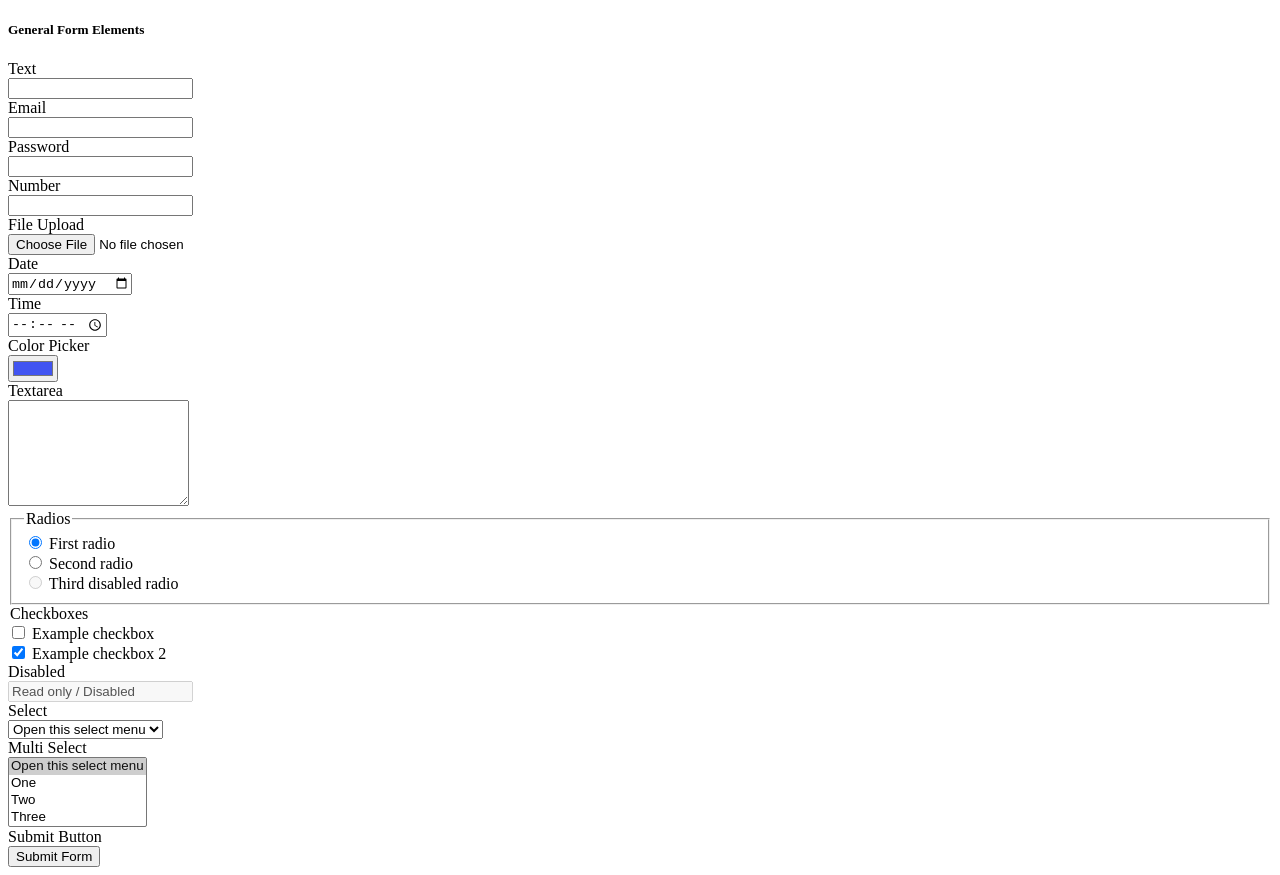
Repository: antsamadagascar/HR-Recruitment
Page: http://localhost/semestre5/application/views/home/user_dashboard_view.php
The author's editor kept a copy of each file at every save. The page is drawn from the files as they stood at one save, then again after the next save.
The browser window is 1280 px wide. The pictures show the whole page.
The page is run by PHP 8.4 with error messages shown; the project is at /var/www/html/. application/core/MY_Config.php is not in the repository; a stand-in opens the database connection.

Above is the page before, as saved 2024-11-13 16:22:13.
Console error: SyntaxError: Unexpected token '<'

After the next save:
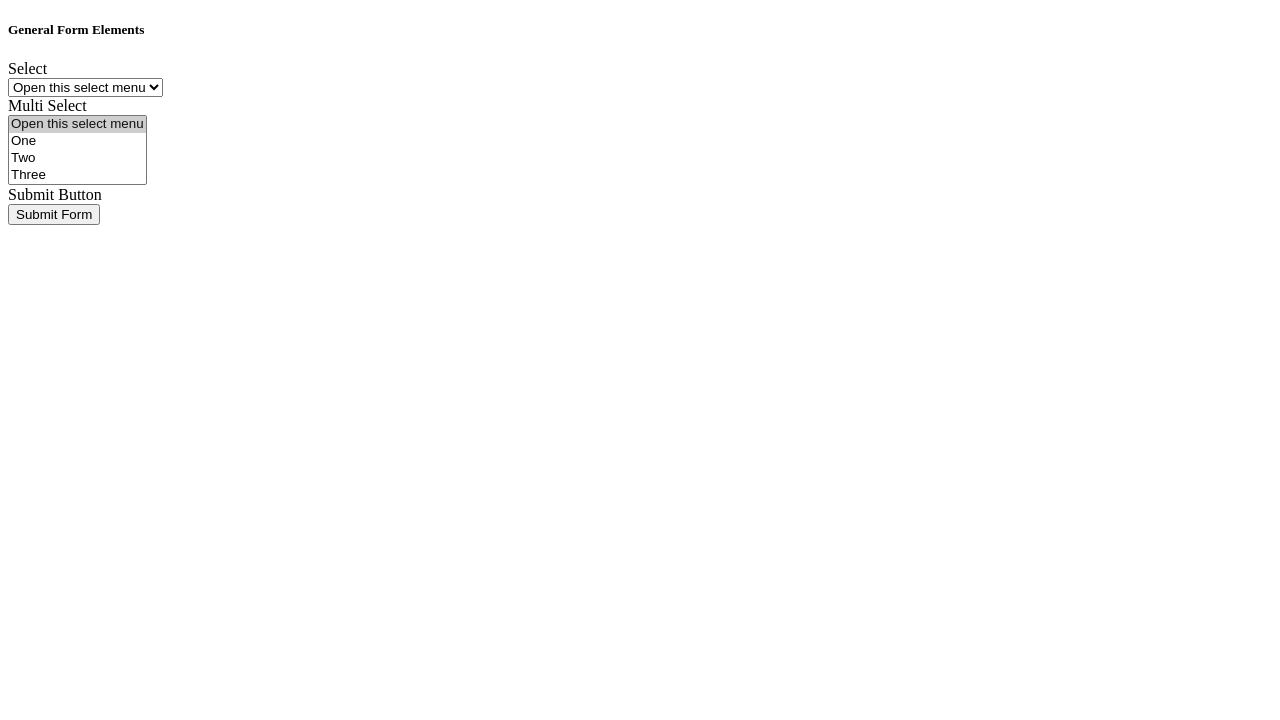
Saved 84 s later.
--- a/application/views/home/user_dashboard_view.php
+++ b/application/views/home/user_dashboard_view.php
@@ -47,111 +47,7 @@
 
             <!-- General Form Elements -->
             <form>
-            <div class="row mb-3">
-                <label for="inputText" class="col-sm-2 col-form-label">Text</label>
-                <div class="col-sm-10">
-                <input type="text" class="form-control">
-                </div>
-            </div>
-            <div class="row mb-3">
-                <label for="inputEmail" class="col-sm-2 col-form-label">Email</label>
-                <div class="col-sm-10">
-                <input type="email" class="form-control">
-                </div>
-            </div>
-            <div class="row mb-3">
-                <label for="inputPassword" class="col-sm-2 col-form-label">Password</label>
-                <div class="col-sm-10">
-                <input type="password" class="form-control">
-                </div>
-            </div>
-            <div class="row mb-3">
-                <label for="inputNumber" class="col-sm-2 col-form-label">Number</label>
-                <div class="col-sm-10">
-                <input type="number" class="form-control">
-                </div>
-            </div>
-            <div class="row mb-3">
-                <label for="inputNumber" class="col-sm-2 col-form-label">File Upload</label>
-                <div class="col-sm-10">
-                <input class="form-control" type="file" id="formFile">
-                </div>
-            </div>
-            <div class="row mb-3">
-                <label for="inputDate" class="col-sm-2 col-form-label">Date</label>
-                <div class="col-sm-10">
-                <input type="date" class="form-control">
-                </div>
-            </div>
-            <div class="row mb-3">
-                <label for="inputTime" class="col-sm-2 col-form-label">Time</label>
-                <div class="col-sm-10">
-                <input type="time" class="form-control">
-                </div>
-            </div>
 
-            <div class="row mb-3">
-                <label for="inputColor" class="col-sm-2 col-form-label">Color Picker</label>
-                <div class="col-sm-10">
-                <input type="color" class="form-control form-control-color" id="exampleColorInput" value="#4154f1" title="Choose your color">
-                </div>
-            </div>
-            <div class="row mb-3">
-                <label for="inputPassword" class="col-sm-2 col-form-label">Textarea</label>
-                <div class="col-sm-10">
-                <textarea class="form-control" style="height: 100px"></textarea>
-                </div>
-            </div>
-            <fieldset class="row mb-3">
-                <legend class="col-form-label col-sm-2 pt-0">Radios</legend>
-                <div class="col-sm-10">
-                <div class="form-check">
-                    <input class="form-check-input" type="radio" name="gridRadios" id="gridRadios1" value="option1" checked>
-                    <label class="form-check-label" for="gridRadios1">
-                    First radio
-                    </label>
-                </div>
-                <div class="form-check">
-                    <input class="form-check-input" type="radio" name="gridRadios" id="gridRadios2" value="option2">
-                    <label class="form-check-label" for="gridRadios2">
-                    Second radio
-                    </label>
-                </div>
-                <div class="form-check disabled">
-                    <input class="form-check-input" type="radio" name="gridRadios" id="gridRadios" value="option" disabled>
-                    <label class="form-check-label" for="gridRadios3">
-                    Third disabled radio
-                    </label>
-                </div>
-                </div>
-            </fieldset>
-            <div class="row mb-3">
-                <legend class="col-form-label col-sm-2 pt-0">Checkboxes</legend>
-                <div class="col-sm-10">
-
-                <div class="form-check">
-                    <input class="form-check-input" type="checkbox" id="gridCheck1">
-                    <label class="form-check-label" for="gridCheck1">
-                    Example checkbox
-                    </label>
-                </div>
-
-                <div class="form-check">
-                    <input class="form-check-input" type="checkbox" id="gridCheck2" checked>
-                    <label class="form-check-label" for="gridCheck2">
-                    Example checkbox 2
-                    </label>
-                </div>
-
-                </div>
-            </div>
-
-            <div class="row mb-3">
-                <label class="col-sm-2 col-form-label">Disabled</label>
-                <div class="col-sm-10">
-                <input type="text" class="form-control" value="Read only / Disabled" disabled>
-                </div>
-            </div>
 
             <div class="row mb-3">
                 <label class="col-sm-2 col-form-label">Select</label>
